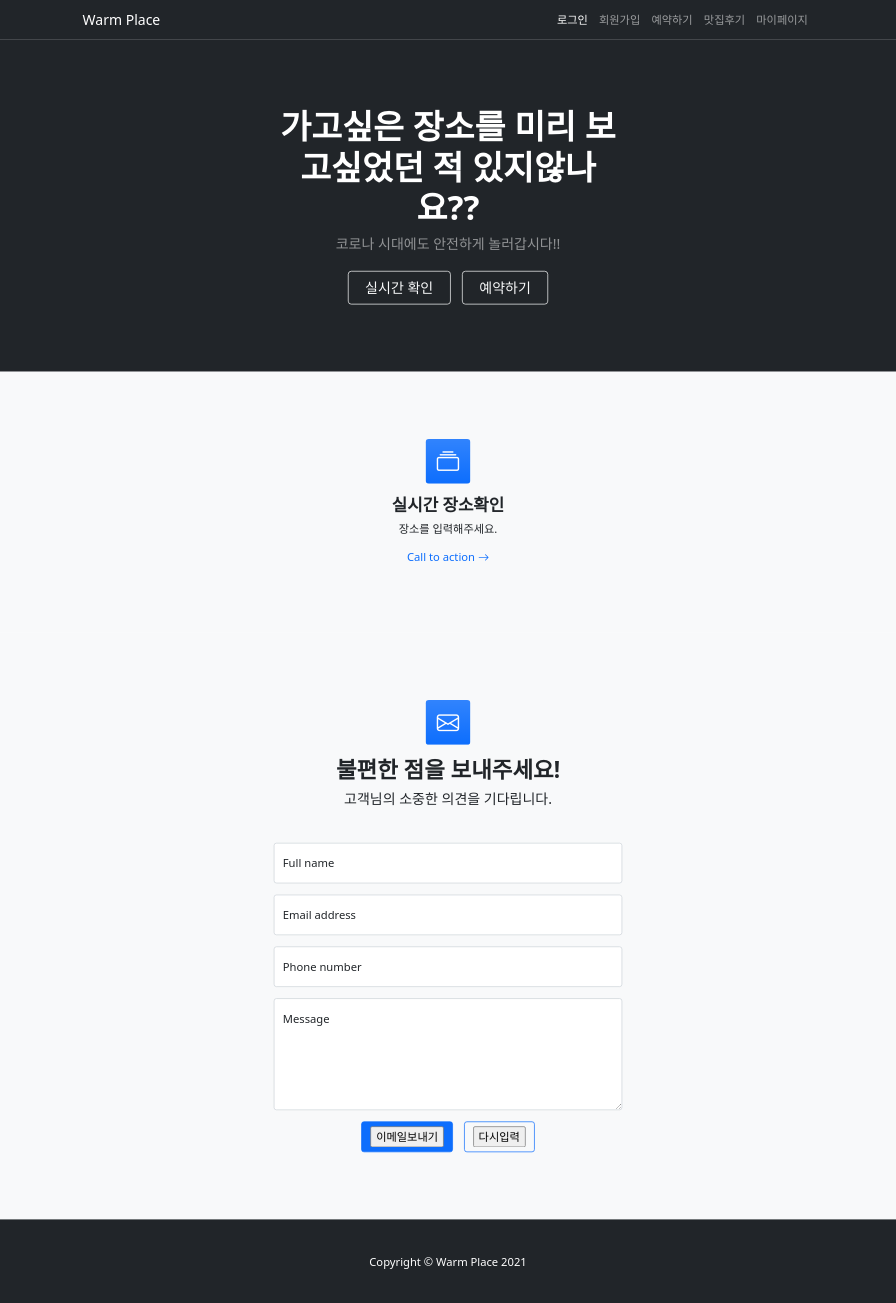
Repository: jaunnnngs/HackaTone
Page: http://localhost/StunProjects/St_Join/main.jsp
These files come from the project's save history. The page is drawn as it stood at one moment and after the next save; the edit follows.
The browser window is 1280 px wide. The pictures show the whole page, at 70% of full size.
Some web libraries are served in a nearby version. The page is served by Tomcat 9. Other server files are loaded and not shown.

Above is the page before, as saved 2021-08-12 02:03:41.

### STUN_TEAM/StunProjects/src/main/webapp/St_Join/main.jsp
<%@ page language="java" contentType="text/html; charset=UTF-8" pageEncoding="UTF-8"%>
<!DOCTYPE html>
<html>
    <head>
        <meta charset="utf-8" />
        <meta name="viewport" content="width=device-width, initial-scale=1, shrink-to-fit=no" />
        <meta name="description" content="" />
        <meta name="author" content="" />
        <title>Warm Place_main</title>
        <!-- Favicon-->
        <link rel="icon" type="image/x-icon" href="assets/favicon.ico" />
        <!-- Bootstrap icons-->
        <link href="https://cdn.jsdelivr.net/npm/bootstrap-icons@1.4.1/font/bootstrap-icons.css" rel="stylesheet" />
        <!-- Core theme CSS (includes Bootstrap)-->
        <link href="css/styles.css" rel="stylesheet" />
    </head>
    <body>
   <%
	// 현재 세션 상태를 체크한다
	String userID = null;
	if (session.getAttribute("userID") != null) {
		userID = (String) session.getAttribute("userID");
	}
	%>

        <!-- Responsive navbar-->
        <nav class="navbar navbar-expand-lg navbar-dark bg-dark">
            <div class="container px-5">
                <a class="navbar-brand" href="../St_Join/main.jsp">Warm Place</a>
                <button class="navbar-toggler" type="button" data-bs-toggle="collapse" data-bs-target="#navbarSupportedContent" aria-controls="navbarSupportedContent" aria-expanded="false" aria-label="Toggle navigation"><span class="navbar-toggler-icon"></span></button>
                 <div class="collapse navbar-collapse" id="navbarSupportedContent">
                 <%
					// 로그인 하지 않았을 때 보여지는 화면
					if(userID == null){
				%>
                    <ul class="navbar-nav ms-auto mb-2 mb-lg-0">
                        <li class="nav-item"><a class="nav-link active" aria-current="page" href="../St_board/login.jsp">로그인</a></li>
                        <li class="nav-item"><a class="nav-link" href="../St_Join/st_userJoin.jsp">회원가입</a></li>
                        <li class="nav-item"><a class="nav-link" href="../St_Reservation/map.jsp">예약하기</a></li>
                        <li class="nav-item"><a class="nav-link" href="../St_board/bbs.jsp">맛집후기</a></li>
                        <li class="nav-item"><a class="nav-link" href="#!">마이페이지</a></li>
                    </ul>
				<%
				// 로그인이 되어 있는 상태에서 보여주는 화면
					}else{
				%>
                    <ul class="navbar-nav ms-auto mb-2 mb-lg-0">
                        <li class="nav-item"><a class="nav-link active" aria-current="page" href="../St_board/logoutAction.jsp">로그아웃</a></li>
                        <li class="nav-item"><a class="nav-link" href="../St_Join/st_userJoin.jsp">회원가입</a></li>
                        <li class="nav-item"><a class="nav-link" href="../St_Reservation/map.jsp">예약하기</a></li>
                        <li class="nav-item"><a class="nav-link" href="../St_board/bbs.jsp">맛집후기</a></li>
                        <li class="nav-item"><a class="nav-link" href="#!">마이페이지</a></li>
                    </ul>
                    <%
				}
			%>
                </div>
            </div>
        </nav>

	    <!-- Header-->
        <header class="bg-dark py-5">
            <div class="container px-5">
                <div class="row gx-5 justify-content-center">
                    <div class="col-lg-6">
                        <div class="text-center my-5">
                            <h1 class="display-5 fw-bolder text-white mb-2">가고싶은 장소를 미리 보고싶었던 적 있지않나요??</h1>
                            <p class="lead text-white-50 mb-4">코로나 시대에도 안전하게 놀러갑시다!!</p>
                            <div class="d-grid gap-3 d-sm-flex justify-content-sm-center">
                                <a class="btn btn-outline-light btn-lg px-4" href="#features">실시간 확인</a>
                                <a class="btn btn-outline-light btn-lg px-4" href="../St_Reservation/map.jsp">예약하기</a>
                            </div>
                        </div>
                    </div>
                </div>
            </div>
        </header>
        <!-- Features section-->
        <section class="bg-light py-5" id="features">
            <div class="container px-5 my-5 px-5" >
                <div class="text-center mb-5">
                        <div class="feature bg-primary bg-gradient text-white rounded-3 mb-3"><i class="bi bi-collection"></i></div>
                        <h2 class="h4 fw-bolder">실시간 장소확인</h2>
                        <p>장소를 입력해주세요.</p>
                        <a class="text-decoration-none" href="#!">
                            Call to action
                            <i class="bi bi-arrow-right"></i>
                        </a>
                    </div>

                </div>

        </section>


        <!-- Contact section-->
        <section class="bg-light py-5">
            <div class="container px-5 my-5 px-5">
                <div class="text-center mb-5">
                    <div class="feature bg-primary bg-gradient text-white rounded-3 mb-3"><i class="bi bi-envelope"></i></div>
                    <h2 class="fw-bolder">불편한 점을 보내주세요!</h2>
                    <p class="lead mb-0">고객님의 소중한 의견을 기다립니다.</p>
                </div>
                <div class="row gx-5 justify-content-center">
                    <div class="col-lg-6">
                        <!-- * * * * * * * * * * * * * * *-->
                        <!-- * * SB Forms Contact Form * *-->
                        <!-- * * * * * * * * * * * * * * *-->
                        <!-- This form is pre-integrated with SB Forms.-->
                        <!-- To make this form functional, sign up at-->
                        <!-- https://startbootstrap.com/solution/contact-forms-->
                        <!-- to get an API token!-->

                            <form action="./main_mailaction.jsp"method="post" id="contactForm" data-sb-form-api-token="API_TOKEN">

                            <!-- Name input-->
                            <div class="form-floating mb-3">
                                <input class="form-control" id="name" type="text" placeholder="Enter your name..." data-sb-validations="required" />
                                <label for="name">Full name</label>
                                <div class="invalid-feedback" data-sb-feedback="name:required">A name is required.</div>
                            </div>
                            <!-- Email address input-->
                            <div class="form-floating mb-3">
                                <input class="form-control" id="email" type="email" placeholder="name@example.com" data-sb-validations="required,email" />
                                <label for="email">Email address</label>
                                <div class="invalid-feedback" data-sb-feedback="email:required">An email is required.</div>
                                <div class="invalid-feedback" data-sb-feedback="email:email">Email is not valid.</div>
                            </div>
                            <!-- Phone number input-->
                            <div class="form-floating mb-3">
                                <input class="form-control" id="phone" type="tel" placeholder="(123) 456-7890" data-sb-validations="required" />
                                <label for="phone">Phone number</label>
                                <div class="invalid-feedback" data-sb-feedback="phone:required">A phone number is required.</div>
                            </div>
                            <!-- Message input-->
                            <div class="form-floating mb-3">
                                <textarea class="form-control" id="message" type="text" placeholder="Enter your message here..." style="height: 10rem" data-sb-validations="required"></textarea>
                                <label for="message">Message</label>
                                <div class="invalid-feedback" data-sb-feedback="message:required">A message is required.</div>
                            </div>
                            <!-- 제출 성공시 뜨는 메세지-->
                            <!---->
                            <!-- This is what your users will see when the form-->
                            <!-- has successfully submitted-->
                            <div class="d-none" id="submitSuccessMessage">
                                <div class="text-center mb-3">
                                    <div class="fw-bolder">Form submission successful!</div>
                                    To activate this form, sign up at
                                    <br />
                                    <a href="https://startbootstrap.com/solution/contact-forms">https://startbootstrap.com/solution/contact-forms</a>
                                </div>
                            </div>
                            <!-- 제출 에러 메세지-->
                            <!---->
                            <!-- This is what your users will see when there is-->
                            <!-- an error submitting the form-->
                            <div class="d-none" id="submitErrorMessage"><div class="text-center text-danger mb-3">Error sending message!</div></div>
                            <!--마지막 버튼!  -->
                            <div class="d-grid gap-3 d-sm-flex justify-content-sm-center">

                            <style>
                            background-color:transparent;
                            border:0px transparent solid
                            </style>
							<a class="btn btn-primary" ><input type="submit" value="이메일보내기" ></a>
							<a class="btn btn-outline-primary"><input type="reset" value="다시입력"></a></div>
							</form>
                    </div>
                </div>
            </div>
        </section>
        <!-- Footer-->
        <footer class="py-5 bg-dark">
            <div class="container px-5"><p class="m-0 text-center text-white">Copyright &copy; Warm Place 2021</p></div>
        </footer>
        <!-- Bootstrap core JS-->
        <script src="https://cdn.jsdelivr.net/npm/bootstrap@5.0.2/dist/js/bootstrap.bundle.min.js"></script>
        <!-- Core theme JS-->
        <script src="js/scripts.js"></script>
        <!-- * * * * * * * * * * * * * * * * * * * * * * * * * * * * * * * * * * * * * * * *-->
        <!-- * *                               SB Forms JS                               * *-->
        <!-- * * Activate your form at https://startbootstrap.com/solution/contact-forms * *-->
        <!-- * * * * * * * * * * * * * * * * * * * * * * * * * * * * * * * * * * * * * * * *-->
        <script src="https://cdn.startbootstrap.com/sb-forms-latest.js"></script>
    </body>
</html>

### STUN_TEAM/StunProjects/src/main/webapp/St_Join/js/scripts.js
/*!
* Start Bootstrap - Business Frontpage v5.0.3 (https://startbootstrap.com/template/business-frontpage)
* Copyright 2013-2021 Start Bootstrap
* Licensed under MIT (https://github.com/StartBootstrap/startbootstrap-business-frontpage/blob/master/LICENSE)
*/
// This file is intentionally blank
// Use this file to add JavaScript to your project

Loaded but not shown: STUN_TEAM/StunProjects/src/main/webapp/St_Join/css/styles.css (library)

After the next save:
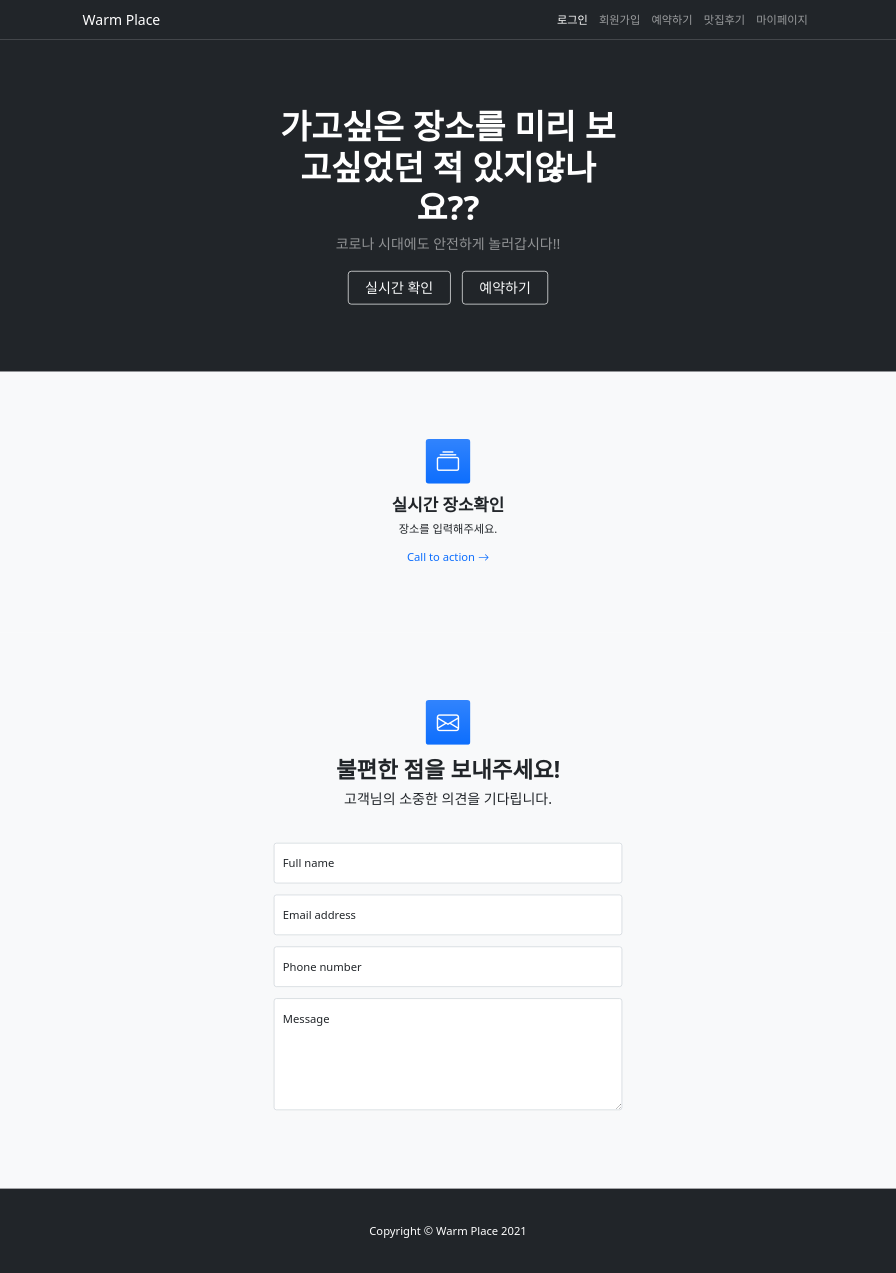
Saved 31 s later.
--- a/STUN_TEAM/StunProjects/src/main/webapp/St_Join/main.jsp
+++ b/STUN_TEAM/StunProjects/src/main/webapp/St_Join/main.jsp
@@ -160,10 +160,10 @@
 
                             <style>
                             background-color:transparent;
-                            border:0px transparent solid
-                            </style>
+                            border:0px transparent solid;
+
 							<a class="btn btn-primary" ><input type="submit" value="이메일보내기" ></a>
-							<a class="btn btn-outline-primary"><input type="reset" value="다시입력"></a></div>
+							<a class="btn btn-outline-primary"><input type="reset" value="다시입력"></a></div></style>
 							</form>
                     </div>
                 </div>

After the save that followed:
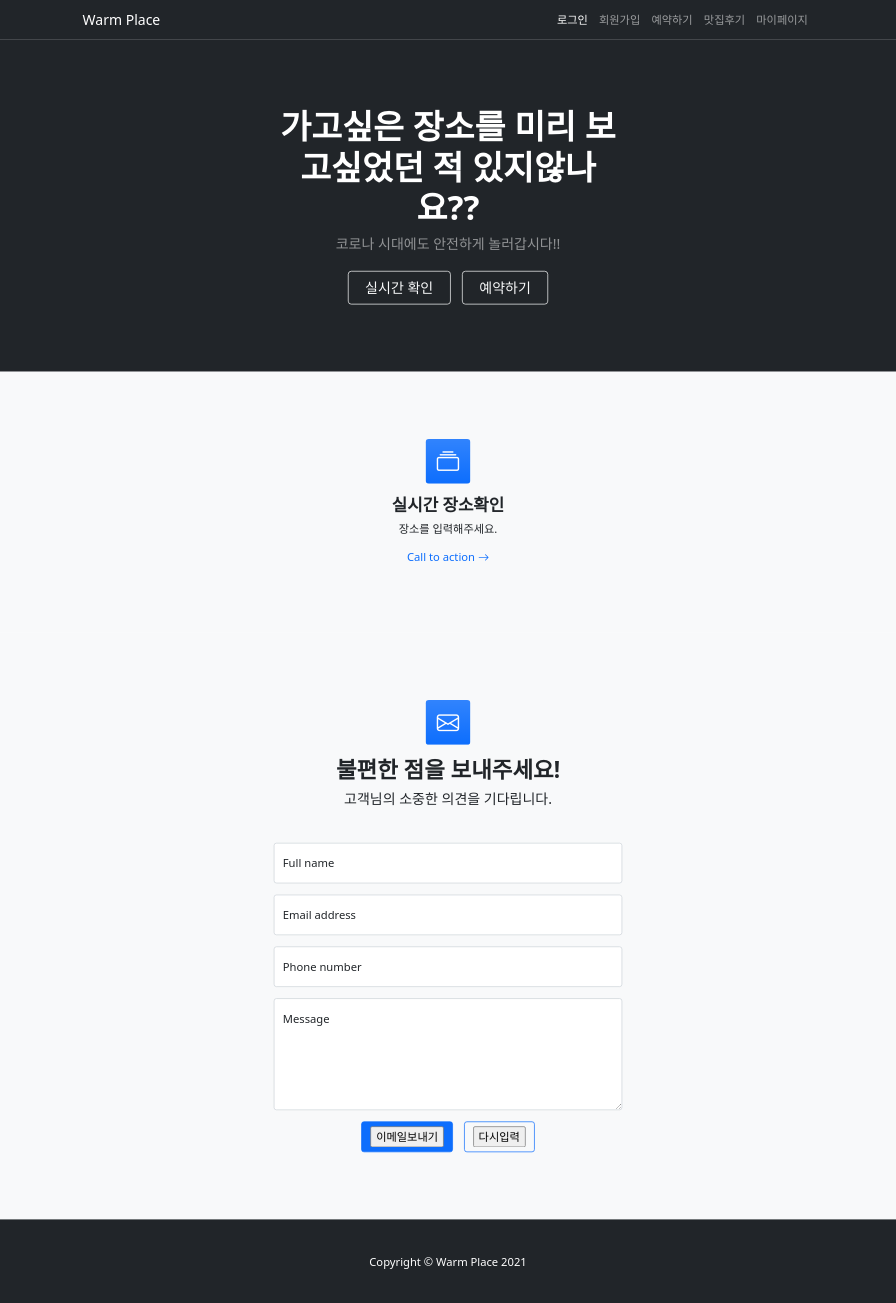
Saved 24 s later.
--- a/STUN_TEAM/StunProjects/src/main/webapp/St_Join/main.jsp
+++ b/STUN_TEAM/StunProjects/src/main/webapp/St_Join/main.jsp
@@ -157,13 +157,8 @@
                             <div class="d-none" id="submitErrorMessage"><div class="text-center text-danger mb-3">Error sending message!</div></div>
                             <!--마지막 버튼!  -->
                             <div class="d-grid gap-3 d-sm-flex justify-content-sm-center">
-
-                            <style>
-                            background-color:transparent;
-                            border:0px transparent solid;
-
 							<a class="btn btn-primary" ><input type="submit" value="이메일보내기" ></a>
-							<a class="btn btn-outline-primary"><input type="reset" value="다시입력"></a></div></style>
+							<a class="btn btn-outline-primary"><input type="reset" value="다시입력"></a></div>
 							</form>
                     </div>
                 </div>
